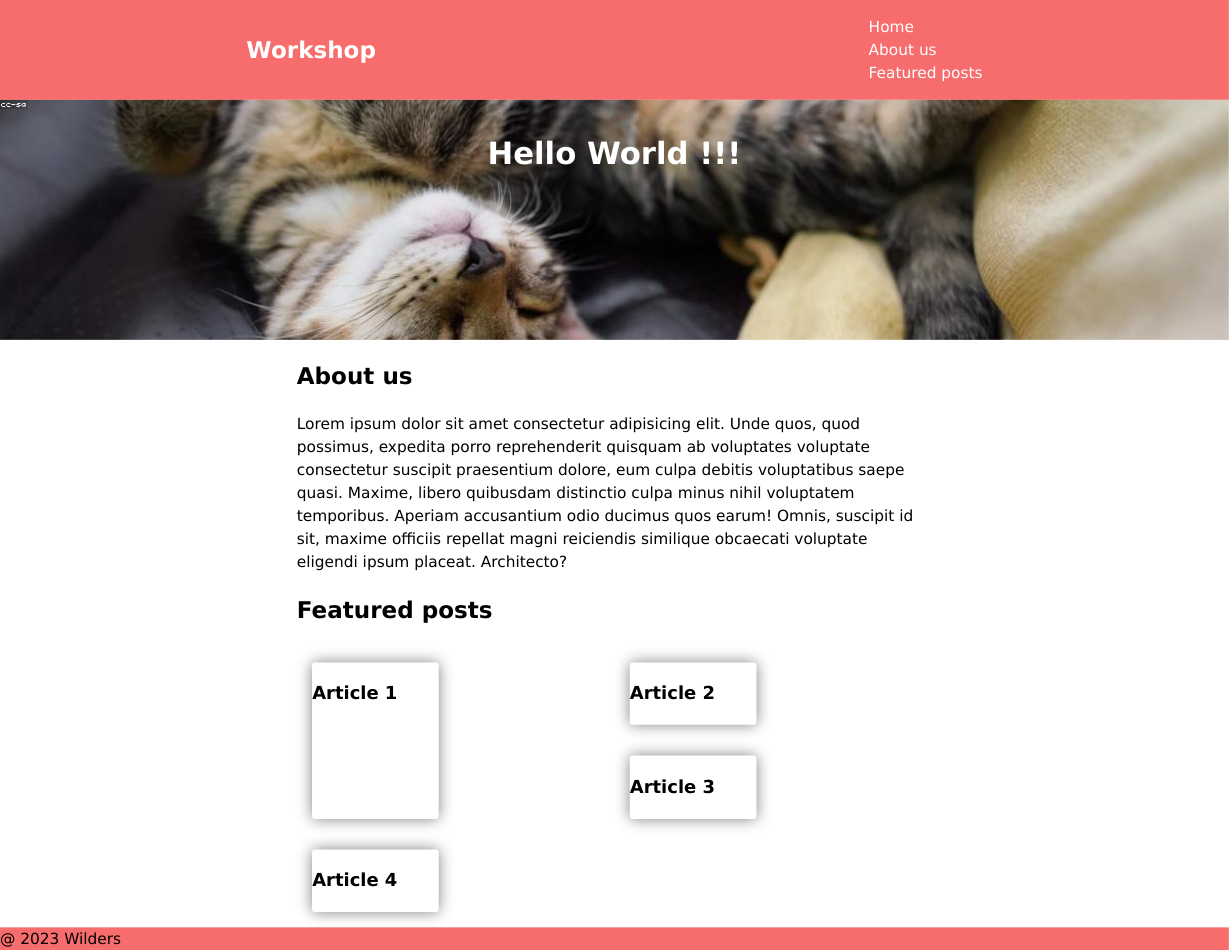
Repository: PPaillard/cssresponsive
Page: index.html
The author's editor kept a copy of each file at every save. The page is drawn from the files as they stood at one save, then again after the next save.
The browser window is 1280 px wide. The pictures show the whole page, at 96% of full size.

Above is the page before, as saved 2023-03-03 14:13:58.

### index.html
<!DOCTYPE html>
<html lang="en">
  <head>
    <meta charset="UTF-8" />
    <meta http-equiv="X-UA-Compatible" content="IE=edge" />
    <meta name="viewport" content="width=device-width, initial-scale=1.0" />
    <title>Document</title>
    <link rel="stylesheet" href="style.css" />
  </head>
  <body>
    <nav>
      <h2>Workshop</h2>
      <ul>
        <li><a href="#home">Home</a></li>
        <li><a href="#aboutus">About us</a></li>
        <li><a href="#featuredposts">Featured posts</a></li>
      </ul>
    </nav>
    <header>
      <h1>Hello World !!!</h1>
    </header>
    <main>
      <section>
        <h2>About us</h2>
        <p>
          Lorem ipsum dolor sit amet consectetur adipisicing elit. Unde quos,
          quod possimus, expedita porro reprehenderit quisquam ab voluptates
          voluptate consectetur suscipit praesentium dolore, eum culpa debitis
          voluptatibus saepe quasi. Maxime, libero quibusdam distinctio culpa
          minus nihil voluptatem temporibus. Aperiam accusantium odio ducimus
          quos earum! Omnis, suscipit id sit, maxime officiis repellat magni
          reiciendis similique obcaecati voluptate eligendi ipsum placeat.
          Architecto?
        </p>
      </section>
      <section id="featured-posts">
        <h2>Featured posts</h2>
        <div>
          <article><h1>Article 1</h1></article>
          <article><h1>Article 2</h1></article>
          <article><h1>Article 3</h1></article>
          <article><h1>Article 4</h1></article>
        </div>
      </section>
    </main>
    <footer>@ 2023 Wilders</footer>
  </body>
</html>

### style.css
* {
  box-sizing: border-box;
}

body {
  margin: 0;
  line-height: 1.5;
  font-family: Verdana, Geneva, Tahoma, sans-serif;
}

/* Navigation */
nav {
  display: flex;
  justify-content: space-around;
  align-items: center;
  background-color: #f76c6c;
  color: #ffffff;
}

nav > h2 {
  margin: 0;
}

nav ul {
  margin: 0;
  padding: 1rem 0;
}

nav ul li {
  list-style: none;
}

nav ul li a {
  color: white;
  text-decoration: none;
}
/* fin de navigation */
/* header */

header {
  min-height: 250px;
  text-align: center;
  background-image: url("65535_52214085447_ec2bf04bd7_h_1200_300_nofilter.jpg");
  background-repeat: no-repeat;
  background-size: cover;
}
header h1 {
  color: white;
  margin: 0;
  padding-top: 2rem;
}

section {
  margin: 0 auto;
  max-width: 65ch;
}

section article {
  display: inline-block;
  width: 40%;
  margin: 1rem;
  border-radius: 0.2rem;
  box-shadow: 0 0 1rem grey;
}

#featured-posts > div {
  display: grid;
  grid-template-columns: 1fr 1fr;
}

#featured-posts > div > article:first-of-type {
  grid-row: 1/3;
}

footer {
  background-color: #f76c6c;
}

After the next save:
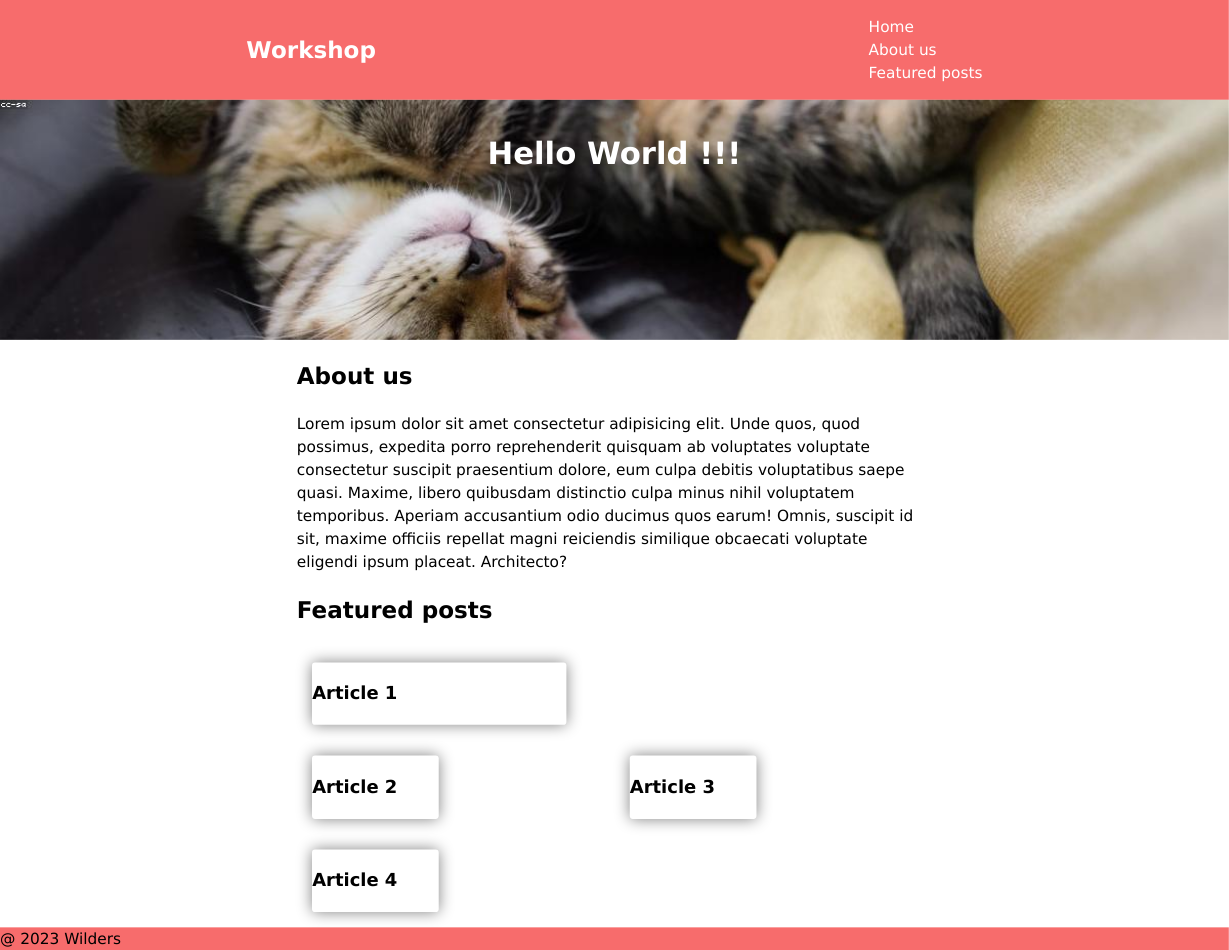
Saved 11 s later.
--- a/style.css
+++ b/style.css
@@ -69,7 +69,7 @@ section article {
 }
 
 #featured-posts > div > article:first-of-type {
-  grid-row: 1/3;
+  grid-column: 1/3;
 }
 
 footer {
